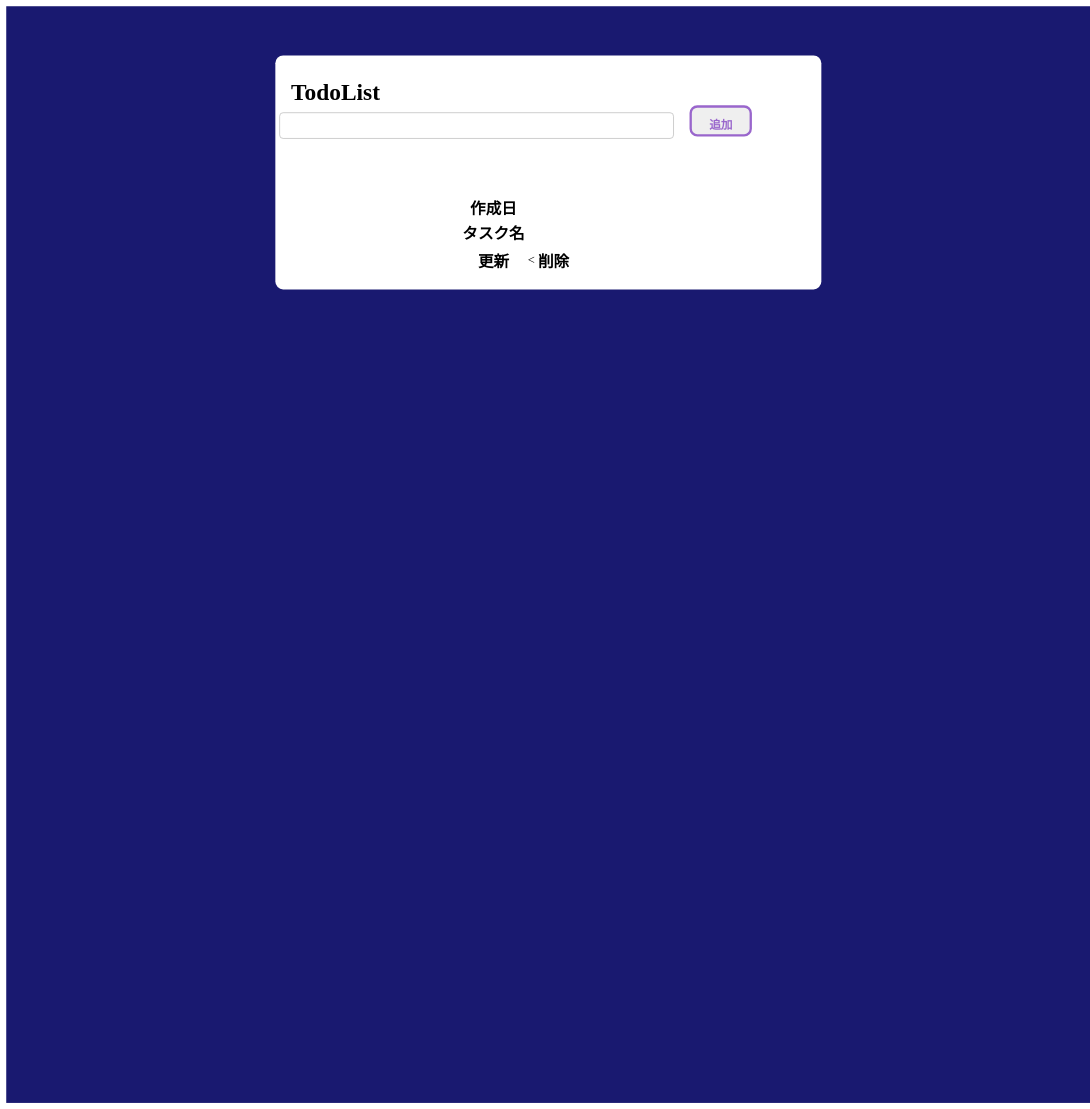
Repository: moro-ayu3/20230304_morohoshi
Page: http://localhost/
An editor plug-in stored every save of this project. The page is shown before and after the next save, followed by the edit.
The browser window is 1280 px wide. The page is 1398 px wide, so the pictures cover 1398 px, including what lies to the right of the window. The pictures show the whole page, at 78% of full size.
The page is served by the project's Laravel application, run on PHP 8.4 with Laravel 8. Queries for data that is not in the repository find no rows.

Above is the page before, as saved 2023-03-11 12:30:24.

After the next save:
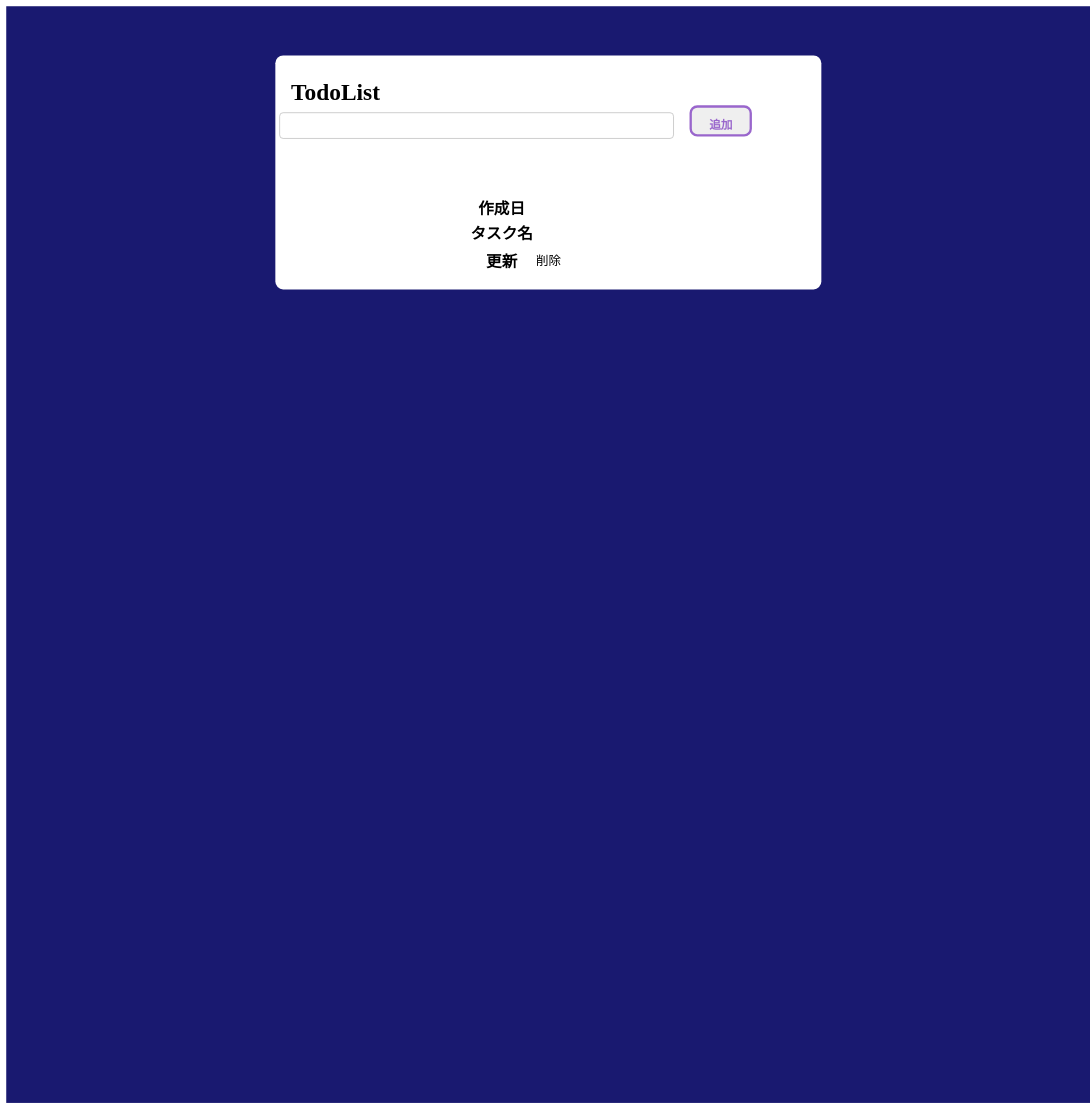
Saved 11 s later.
--- a/resources/views/index.blade.php
+++ b/resources/views/index.blade.php
@@ -214,7 +214,7 @@
             @endif
             <tr></tr>
               <th class="update">更新</th>
-              <td><input type="hidden" name=</td>
+              <td><input type="hidden" name="</td>
               <
               <th class="delete">削除</th>
             </tr>

After the 3 saves that followed:
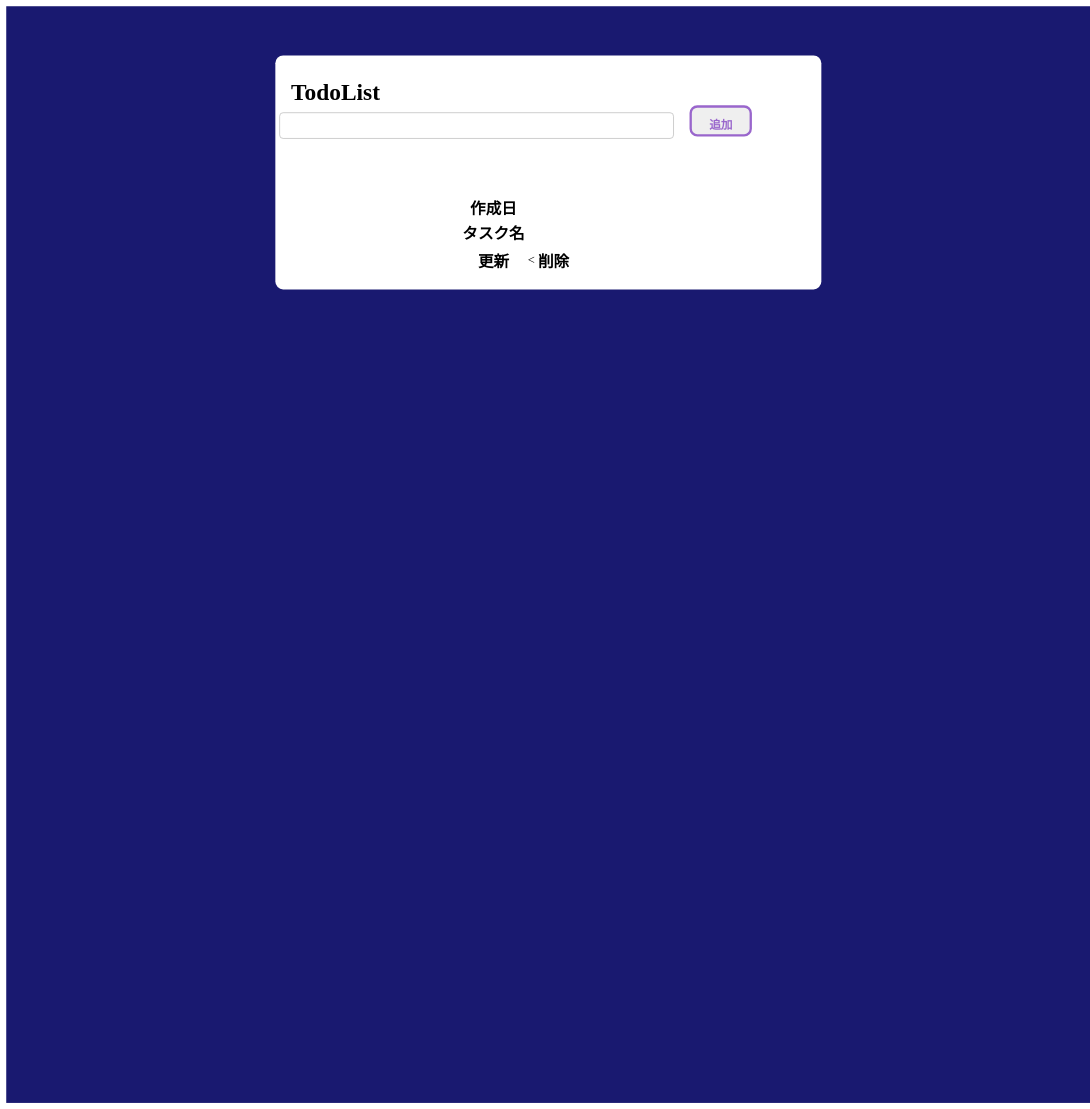
The 3 saves are shown as one change because they came seconds apart.
The last was saved 24 s later.
--- a/resources/views/index.blade.php
+++ b/resources/views/index.blade.php
@@ -214,7 +214,7 @@
             @endif
             <tr></tr>
               <th class="update">更新</th>
-              <td><input type="hidden" name="</td>
+              <td><input type="hidden" name="update"</td>
               <
               <th class="delete">削除</th>
             </tr>
